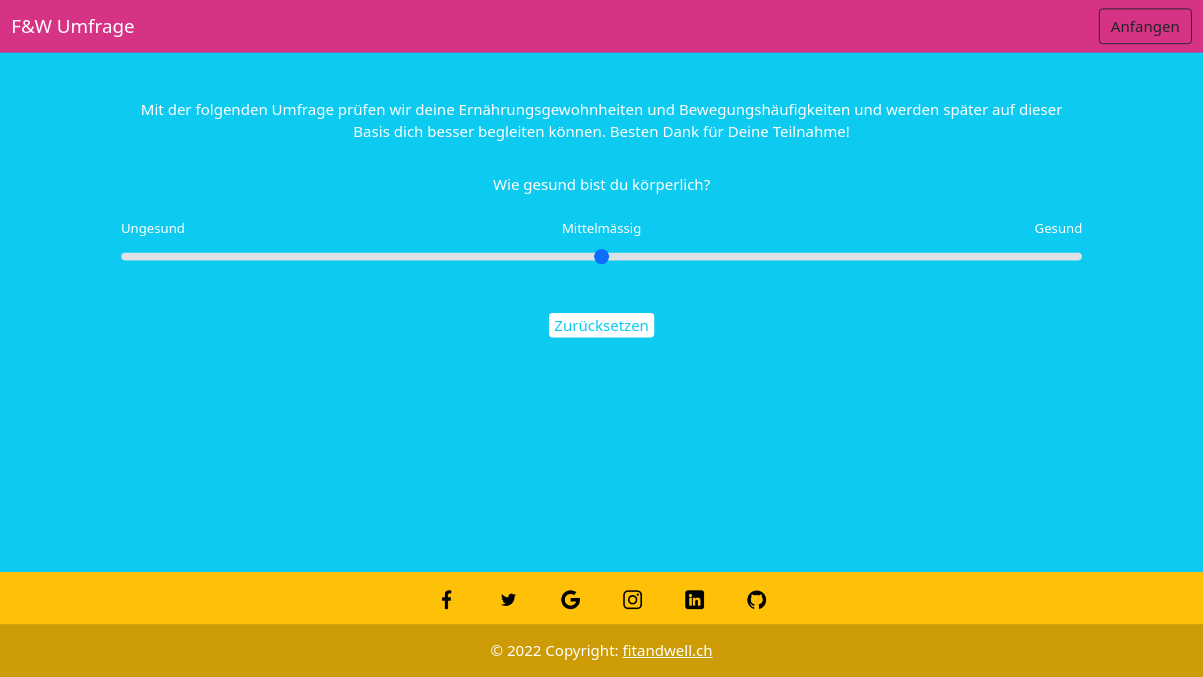
Repository: stephane71183101/Stephane-Personal-Health-Survey
Page: http://localhost/form-q01-start-page.php
The author's editor kept a copy of each file at every save. The page is drawn from the files as they stood at one save, then again after the next save.
The browser window is 1280 px wide. The pictures show the whole page, at 94% of full size.
The page is run by PHP 8.4 with error messages shown; the project is at /var/www/html/.

Above is the page before, as saved 2022-03-16 11:37:20.

After the next save:
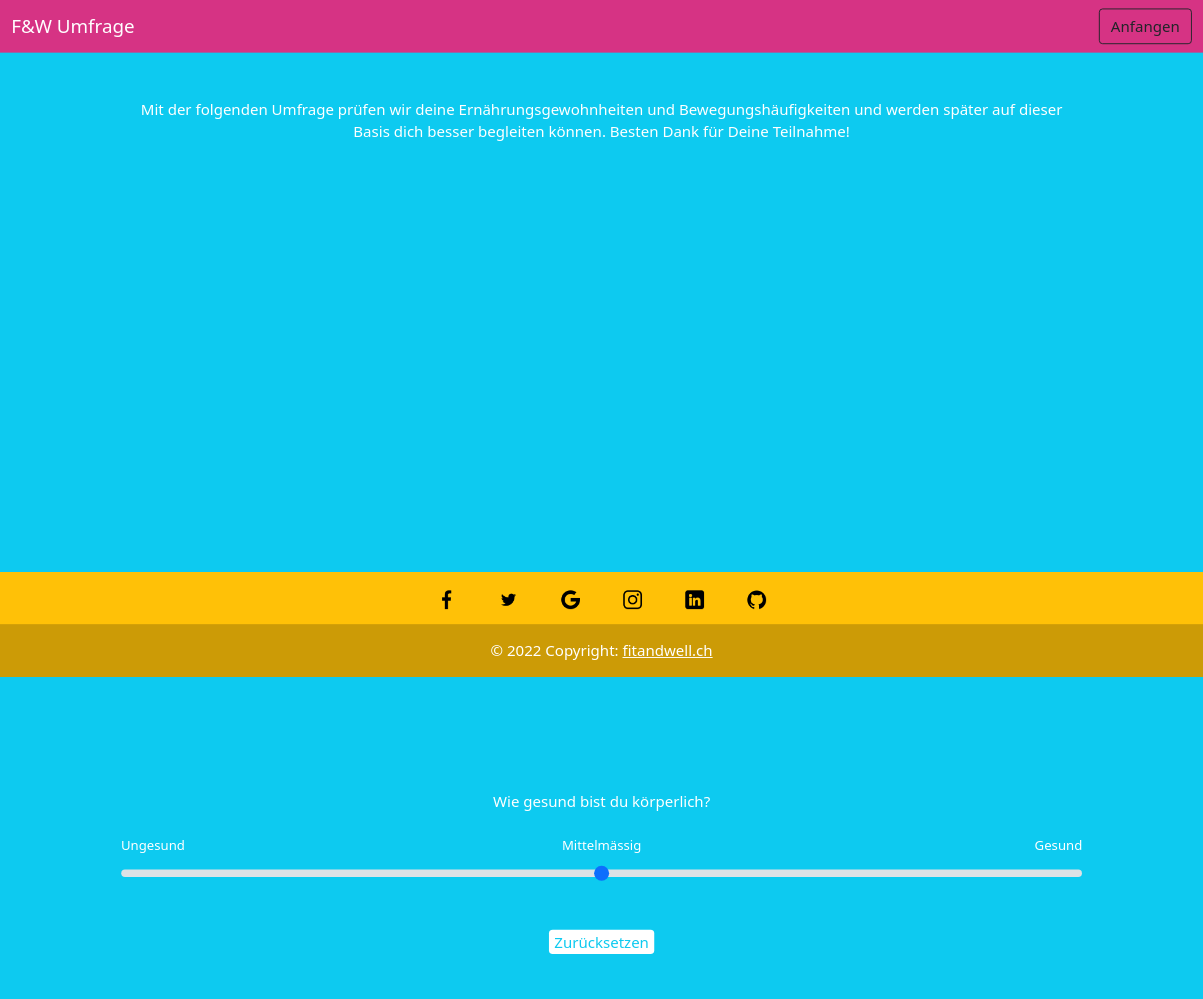
Saved 6 s later.
--- a/form-q01-start-page.php
+++ b/form-q01-start-page.php
@@ -6,7 +6,7 @@
 
 <!-- Content -->
     <div class="container-fluid pt-5 pb-3 text-center text-white">
-        <div  class="container col-10 min-vh-75">
+        <div  class="container col-10 min-vh-100">
         <p>Mit der folgenden Umfrage prüfen wir deine Ernährungsgewohnheiten und Bewegungshäufigkeiten und werden später auf dieser Basis dich besser begleiten können. Besten Dank für Deine Teilnahme!</p>
         </div>
     </div>

After the save that followed:
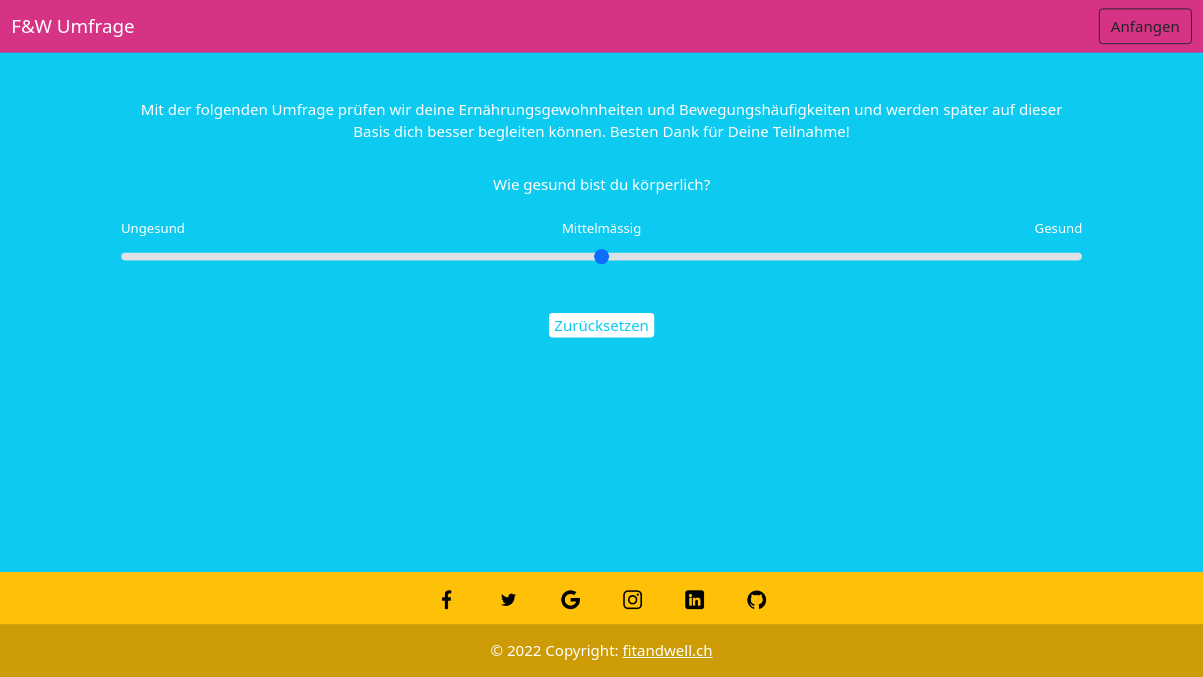
Saved 11 s later.
--- a/form-q01-start-page.php
+++ b/form-q01-start-page.php
@@ -6,7 +6,7 @@
 
 <!-- Content -->
     <div class="container-fluid pt-5 pb-3 text-center text-white">
-        <div  class="container col-10 min-vh-100">
+        <div  class="container col-10 min-vh-90">
         <p>Mit der folgenden Umfrage prüfen wir deine Ernährungsgewohnheiten und Bewegungshäufigkeiten und werden später auf dieser Basis dich besser begleiten können. Besten Dank für Deine Teilnahme!</p>
         </div>
     </div>
